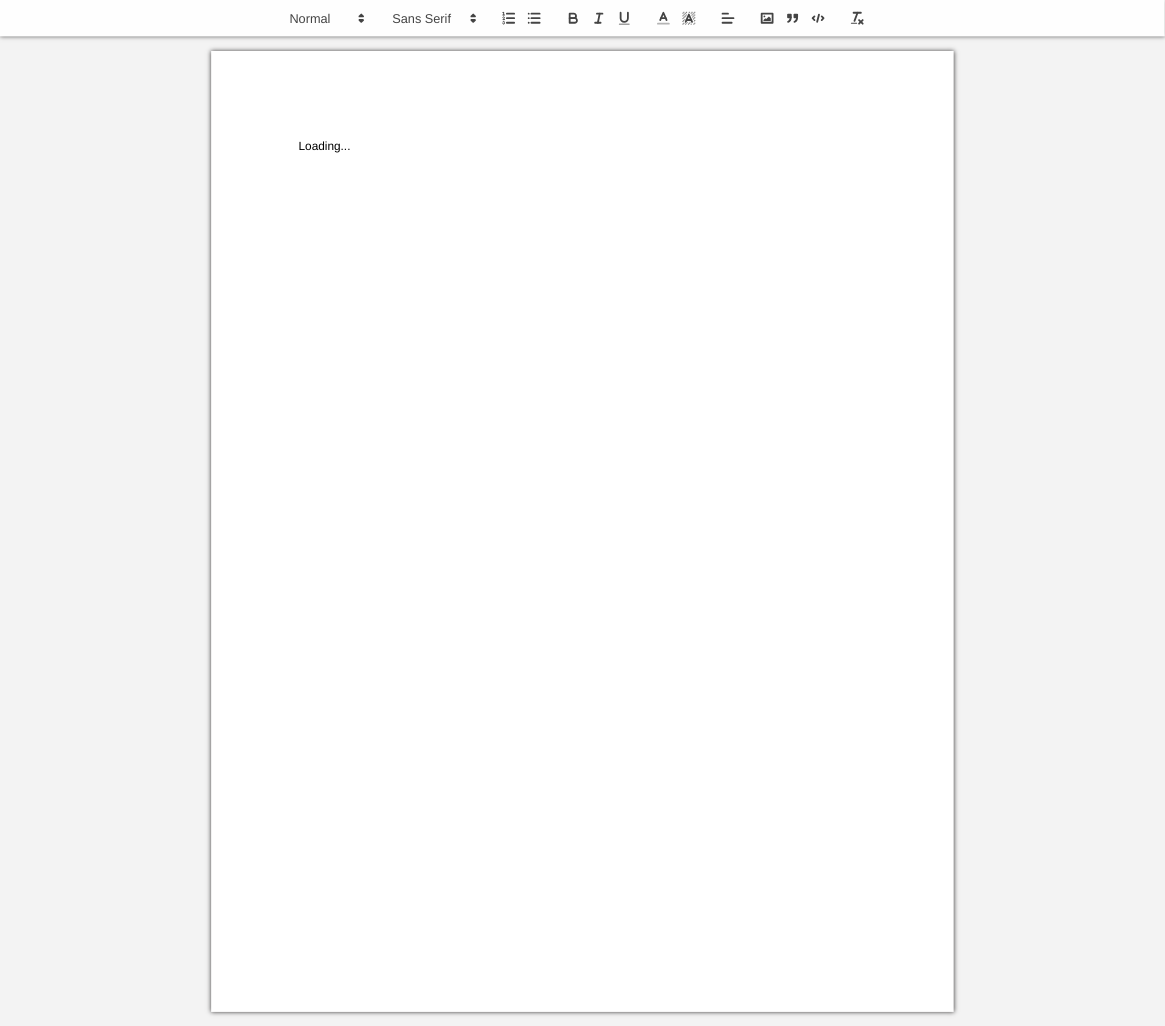
Repository: LaukeyMwaura/g-docs
Page: / (app in client/)
These files come from the project's save history. The page is drawn as it stood at one moment and after the next save; the edit follows.
The browser window is 1280 px wide. The pictures show the whole page, at 91% of full size.
The page's requests for data from a server got no answer. The project was rebuilt for these pictures with package versions that can differ from the ones it lists, and the page was loaded fresh each time. No one was signed in, and anything a server would have sent is missing.

Above is the page before, as saved 2021-05-13 02:32:02.

After the next save:
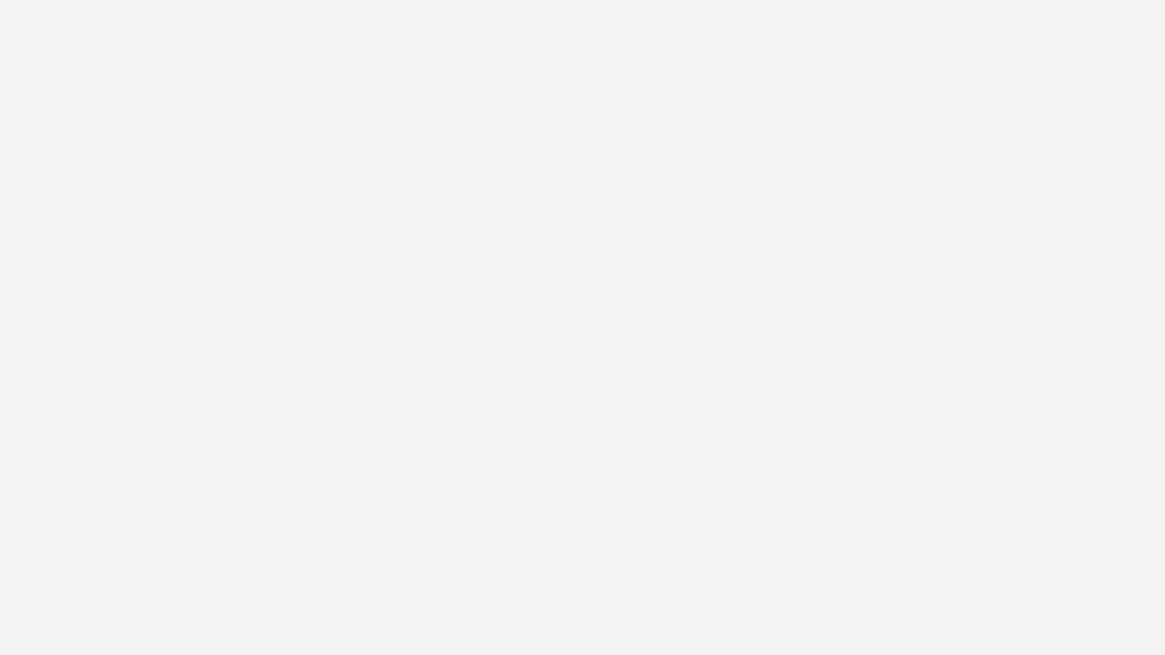
Saved 28 s later.
--- a/client/src/TextEditor.js
+++ b/client/src/TextEditor.js
@@ -90,7 +90,7 @@
   },[socket, quill]);
 
   const wrapperRef = useCallback((wrapper) => {
-    if (wrapper == null) return;
+    if (wrapper != null) return;
 
     wrapper.innerHTML = "";
     const editor = document.createElement("div");

After the save that followed:
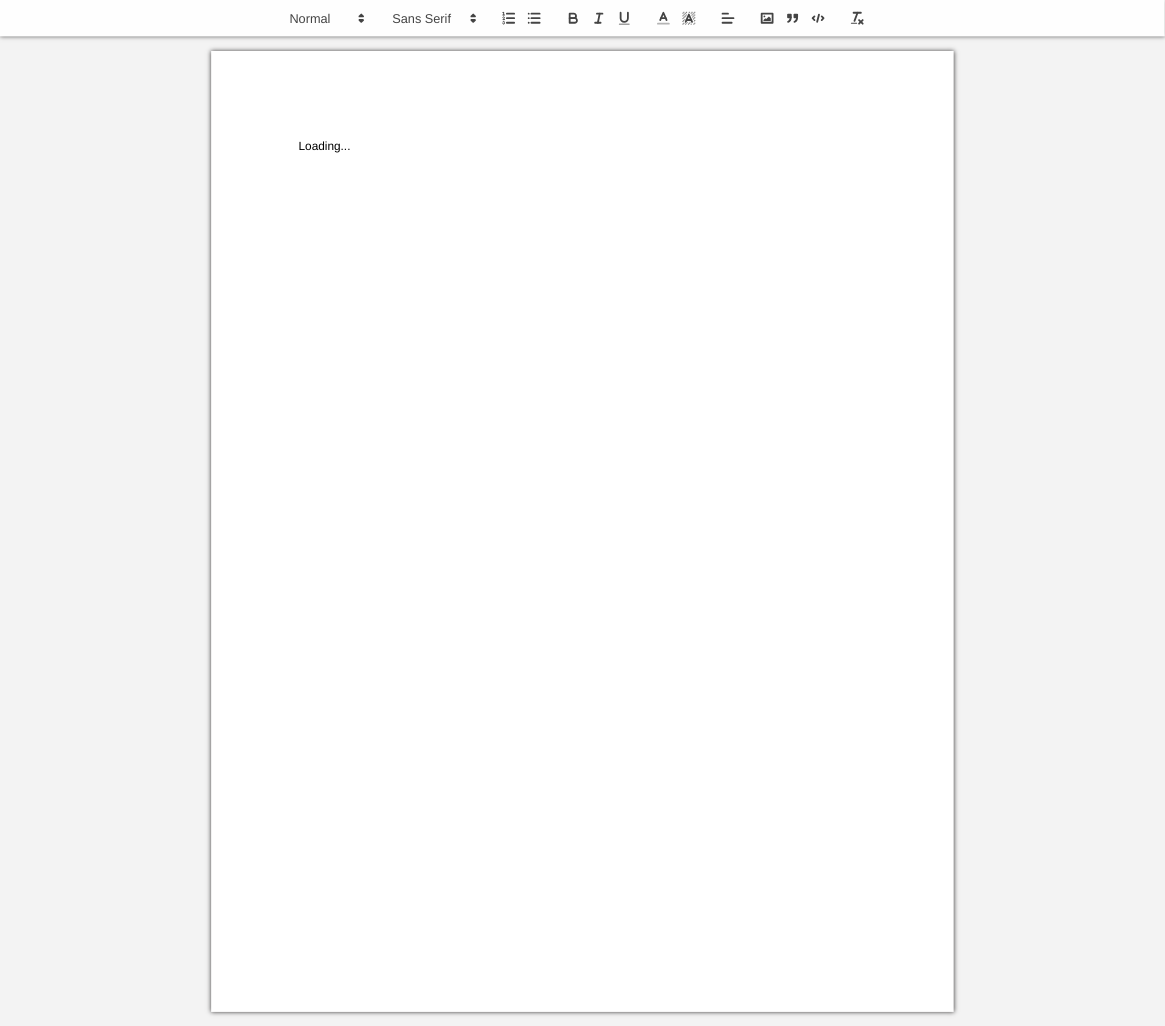
Saved 4 s later.
--- a/client/src/TextEditor.js
+++ b/client/src/TextEditor.js
@@ -90,7 +90,7 @@
   },[socket, quill]);
 
   const wrapperRef = useCallback((wrapper) => {
-    if (wrapper != null) return;
+    if (wrapper == null) return;
 
     wrapper.innerHTML = "";
     const editor = document.createElement("div");
